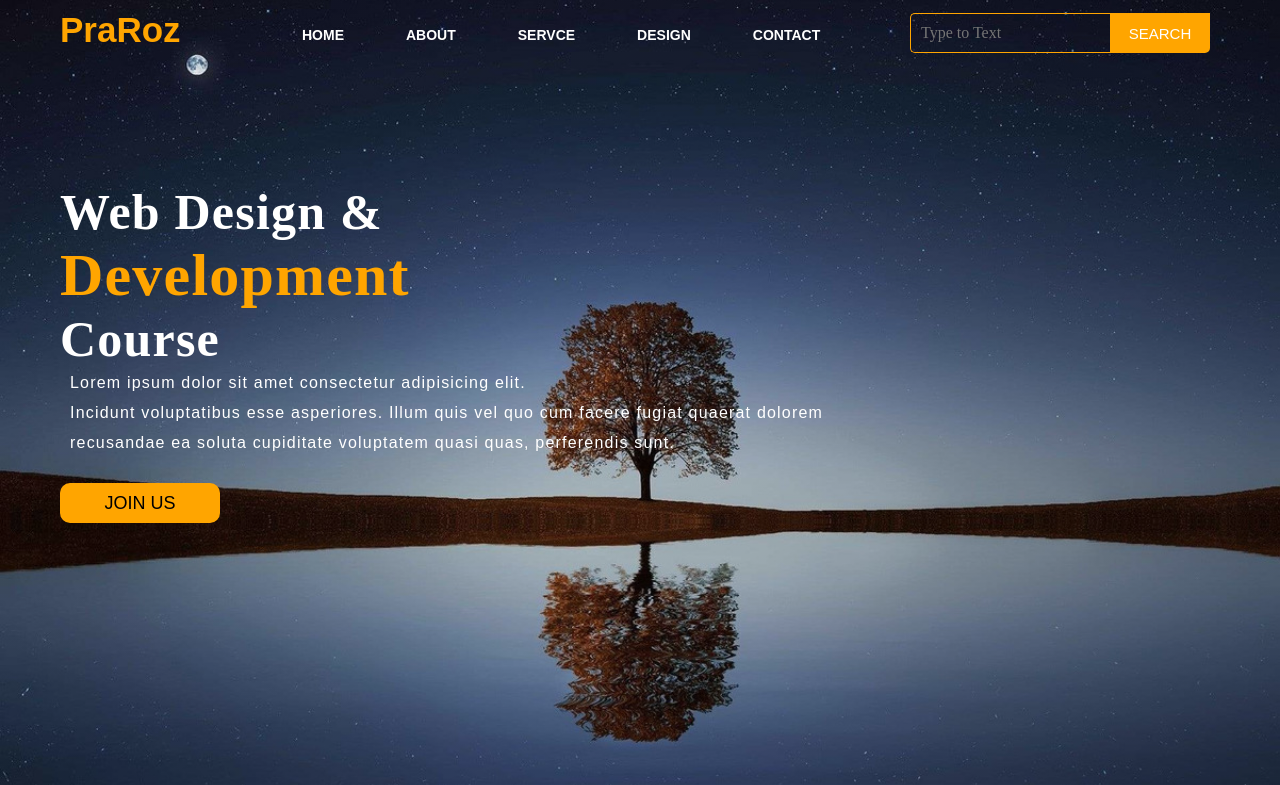
Repository: HuynhDuc23/project3
Page: index.html
These files come from the project's save history. The page is drawn as it stood at one moment and after the next save; the edit follows.
The browser window is 1280 px wide. The pictures show the whole page.

Above is the page before, as saved 2023-05-04 15:34:05.

After the next save:
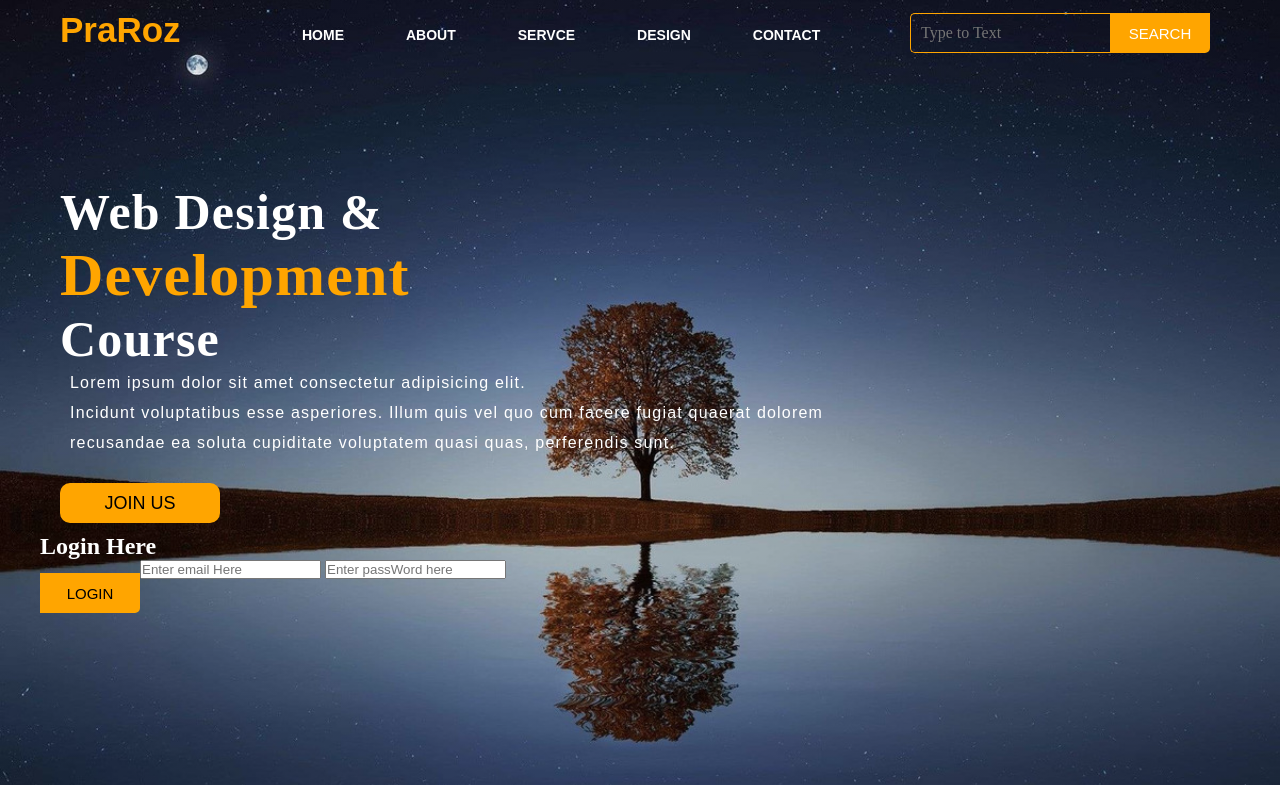
Saved 4 min 25 s later.
--- a/index.html
+++ b/index.html
@@ -33,6 +33,12 @@
 
 
             <button class="cn" ><a  href="#">JOIN US</a></button>
+            <div class="form">
+                <h2>Login Here</h2>
+                <input type="email" name="email" placeholder="Enter email Here">
+                <input type="password" name="password" placeholder="Enter passWord here">
+                <button class="btn"><a href="#">Login</a></button>
+            </div>
         </div>
     </div>
 </body>
